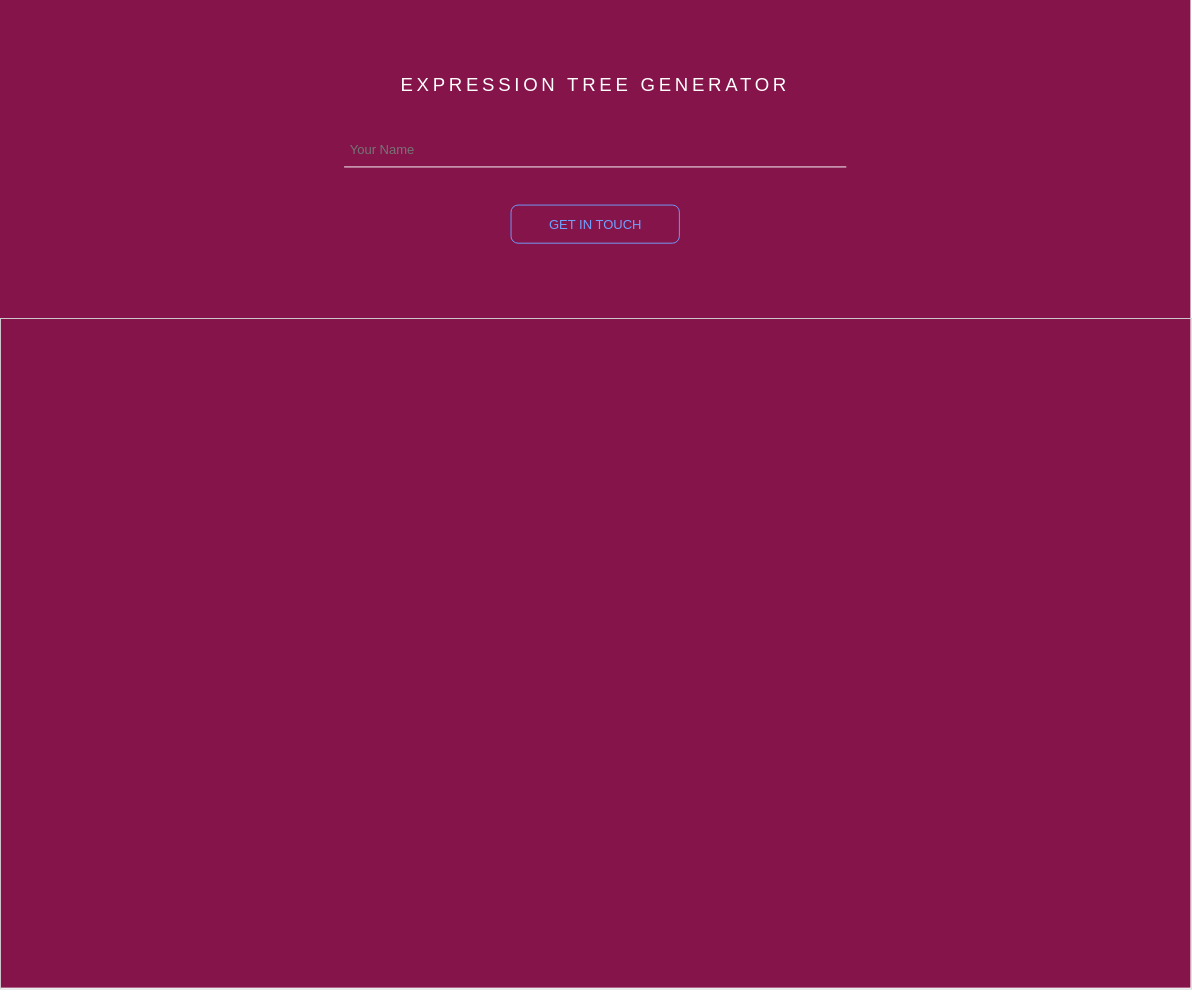
Repository: lnogueir/expression-tree-gen
Page: index.html
These files come from the project's save history. The page is drawn as it stood at one moment and after the next save; the edit follows.
The browser window is 1280 px wide. The page is 1282 px wide, then 1280 px, so the pictures cover 1282 px, including what lies to the right of the window. The pictures show the whole page, at 93% of full size.

Above is the page before, as saved 2020-03-15 18:52:03.

### index.html
<!DOCTYPE html>
<html lang="en">

<head>
    <meta charset="UTF-8">
    <meta name="viewport" content="width=device-width, initial-scale=1.0">
    <title>Canvas</title>
    <link rel="stylesheet" href="app.css">
</head>

<body>

    <div class="contact-section">
        <div class="inner-width">
          <h1>Expression Tree Generator</h1>
          <input type="text" class="name" id = 'expression-input' placeholder="Your Name">
          <button id="generate-tree">Get in touch</button>
        </div>
      </div>

    <div id="canvas-container">
        <canvas></canvas>
    </div>
</body>
<script src="https://ajax.googleapis.com/ajax/libs/jquery/3.4.1/jquery.min.js"></script>
<script src="https://cdnjs.cloudflare.com/ajax/libs/mathjs/6.6.1/math.min.js"></script>
<script src="tree.js"></script>
<script src="infixToPostfix.js"></script>
<script src="canvas.js"></script>

</html>

### app.css
*{
    margin: 0;
    padding: 0;
    box-sizing: border-box;
    font-family: "montserrat",sans-serif;
  }
  .contact-section{
    background: #85144b;
    padding: 80px 0;
    text-align: center;
  }

  .inner-width{
    max-width: 600px;
    margin: auto;
    padding: 0 20px;
  }

  .contact-section h1{
    font-size: 20px;
    color: #FFF;
    margin-bottom: 40px;
    text-transform: uppercase;
    letter-spacing: 4px;
    font-weight: 400;
  }

  .name,.email,.message{
    background: none;
    border:none;
    outline: none;
    border-bottom: 1px solid;
    color: #FFF;
    padding: 10px 6px;
    font-size: 14px;
    margin-bottom: 40px;
  }

  .name{
    float: center;
    width: 540px;
  }


  .contact-section button{
      outline: none;
    background: none;
    color: #70a1ff;
    border: 1px solid #70a1ff;
    padding: 12px 40px;
    border-radius: 8px;
    text-transform: uppercase;
    font-size: 14px;
    transition: 0.4s linear;
    cursor: pointer;
  }

  .contact-section button:hover{
    background: #70a1ff;
    color: #fff;
  }


  @media screen and (max-width:600px){
    .name,.email{
      width: 100%;
    }
  }

#canvas-container{
    height: 100vh;
    width: 100%;
    background: #85144b;
}

canvas{
    border: 1px solid lightgray;
}

### tree.js
function Node(value) {
    const radius = 32.5
    this.value = value;
    this.x = null;
    this.y = null;
    this.right = null;
    this.left = null;

    this.isLeaf = () => this.right == null && this.left == null;

    this.drawEdge = function (context, x, y, left_way) {
        context.strokeStyle = 'gray';
        context.beginPath()
        const x_y_ratio = Math.abs(this.y - y) / Math.abs(this.x - x)
        const w = radius * Math.sqrt(1 / (1 + Math.pow(x_y_ratio, 2)))
        const d = x_y_ratio * w
        if (left_way) {
            context.moveTo(this.x - w, this.y + d)
            context.lineTo(x + w, y - d)
        } else {
            context.moveTo(this.x + w, this.y + d)
            context.lineTo(x - w, y - d)
        }

        context.stroke()
    }

    this.draw = function (context) {
        context.beginPath()
        context.arc(this.x, this.y, radius, 0, Math.PI * 2, false)
        context.fillStyle = 'rgba(255, 255, 255, 0.5)'
        context.fill()
        context.strokeStyle = 'black'
        context.stroke()
        context.font = '25px Times New Roman'
        context.textAlign = 'center'
        context.textBaseline = 'middle'
        context.fillStyle = "black";
        context.fillText(this.value, this.x, this.y);
    }
}

function constructTree(postfix) {
    const OPERATORS = ['*', '/', '-', '+']
    var stack = []
    var root = null;
    var current;
    var shift = false;
    for (var i = postfix.length - 1; i >= 0; i--) {
        if (null === root) {
            current = new Node(postfix[i]);
            root = current;
        } else {
            if (shift) {
                current.left = new Node(postfix[i])
                current = current.left
                shift = false
            } else {
                current.right = new Node(postfix[i])
                current = current.right
            }
        }
        if (OPERATORS.includes(postfix[i])) {
            stack.push(current);
        } else {
            current = stack.pop();
            shift = true
        }
    }
    return root;
}

function getSize(root) {
    var size = 0
    function countSize(root) {
        if (null != root) {
            size++;
            countSize(root.left)
            countSize(root.right)
        }
    }
    countSize(root);
    return size;
}

function print_coords(root) {
    if (null != root) {
        print_coords(root.left)
        console.log(root.value, root.x, root.y)
        print_coords(root.right)
    }
}

function setCoordinates(root) {
    var i = 0
    const OFFSET = 50
    const size = getSize(root)
    const canvas_mid_point = window.innerWidth / 2;
    function setCoordinates(subt, depth) {
        if (null != subt) {
            setCoordinates(subt.left, depth + 1)
            subt.x = canvas_mid_point + (OFFSET * (i - size / 2))
            subt.y = OFFSET + (depth * 1.5 * OFFSET)
            i++
            setCoordinates(subt.right, depth + 1)
        }
    }
    setCoordinates(root, 0)
}

function drawTree(root, context) {
    if (null != root) {
        root.draw(context)
        if (null != root.left) {
            root.drawEdge(context, root.left.x, root.left.y, true);
        }
        drawTree(root.left, context)
        if (null != root.right) {
            root.drawEdge(context, root.right.x, root.right.y, false)
        }
        drawTree(root.right, context)
    }
}

### infixToPostfix.js
function isBracketed(expr) {
  var stack = []
  for (var i = 0; i < expr.length; i++) {
    if ('(' === expr[i]) {
      stack.push('(')
    } else if (')' === expr[i]) {
      stack.pop()
      if (stack.length === 0) {
        if (i !== expr.length - 1) {
          return false
        } else {
          return true
        }
      }
    }
  }
  return false;
}

function isValidExpression(expr) {
  if (expr.length < 3) {
    return false;
  }
  for (var i = 0; i < expr.length; i++) {
    if ('abcdefghijklmnopqrstuvwxyz*()/+-'.indexOf(expr[i]) === -1) {
      return false;
    }
  }
  try {
    while ("(" === expr[0] && ")" === expr[expr.length - 1]) {
      if (isBracketed(expr)) {
        expr = expr.substring(1, expr.length - 1);
      } else break;
    }
    var res = math.parse(expr);
    if ((typeof res.implicit === 'undefined') || res.fn.indexOf('unary') !== -1) {
      return false;
    }
    return true;
  }
  catch (ex) {
    return false;
  }
}

function infixToPostfix(expression) {
  if (!isValidExpression(expression)) {
    return null;
  }
  const prec = { "*": 3, "/": 3, "-": 2, "+": 2, "(": 1 }
  op_stack = []
  postfixList = []
  tokens = expression.split('')
  for (const token of tokens) {
    if ("abcdefghijklmnopqrstuvwxyz".indexOf(token) !== -1) {
      postfixList.push(token)
    } else if ("(" === token) {
      op_stack.push(token)
    } else if (")" === token) {
      var top_op_token = op_stack.pop()
      while (top_op_token !== '(') {
        postfixList.push(top_op_token)
        top_op_token = op_stack.pop()
      }
    } else {
      var peek_elem = op_stack.slice(-1)[0];
      while (op_stack.length > 0 && (prec[peek_elem] >= prec[token])) {
        postfixList.push(op_stack.pop())
        peek_elem = op_stack.slice(-1)[0];
      }
      op_stack.push(token)
    }
  }
  while (op_stack.length > 0) {
    postfixList.push(op_stack.pop())
  }
  return postfixList
}

### canvas.js
var canvas = document.querySelector('canvas')

canvas.height = document.getElementById('canvas-container').offsetHeight;
canvas.width = document.getElementById('canvas-container').offsetWidth;

var c = canvas.getContext('2d')

$('#generate-tree').click(() => {
    var expression = $('#expression-input').val()
    if (typeof expression !== 'undefined' && null != expression) {
        expression = expression.replace(/\s+/g, '')
        expression = expression.toLowerCase()
        var postfix = infixToPostfix(expression);
        if (null !== postfix) {
            var root = constructTree(postfix)
            setCoordinates(root)
            c.clearRect(0, 0, canvas.width, canvas.height);
            drawTree(root, c)
        } else {
            alert('Enter valid expression')
        }

    } else {
        alert('Enter valid expression')
    }
})

After the next save:
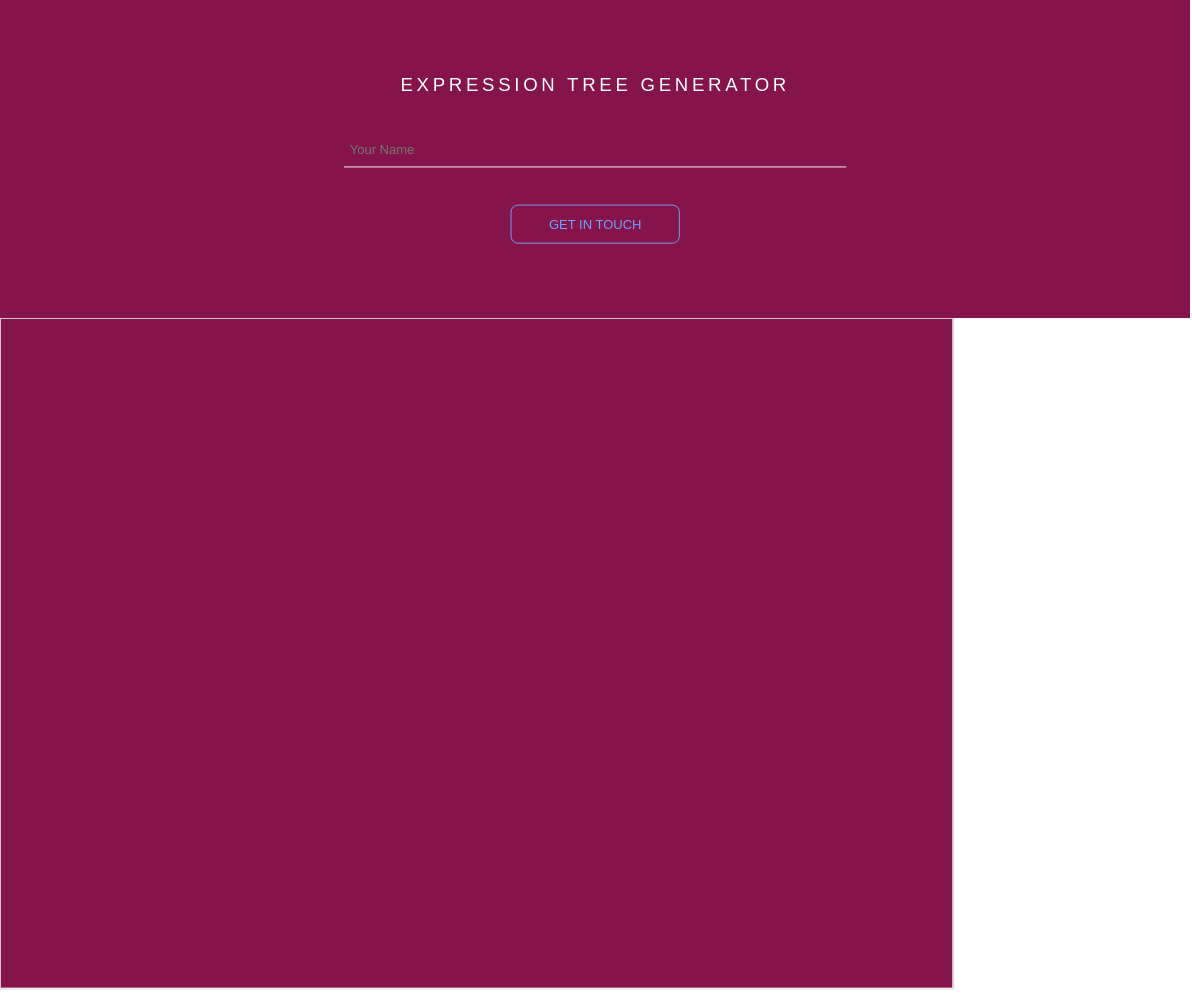
Saved 15 min 31 s later.
--- a/app.css
+++ b/app.css
@@ -69,7 +69,7 @@
 
 #canvas-container{
     height: 100vh;
-    width: 100%;
+    width: 80vw;
     background: #85144b;
 }
 
